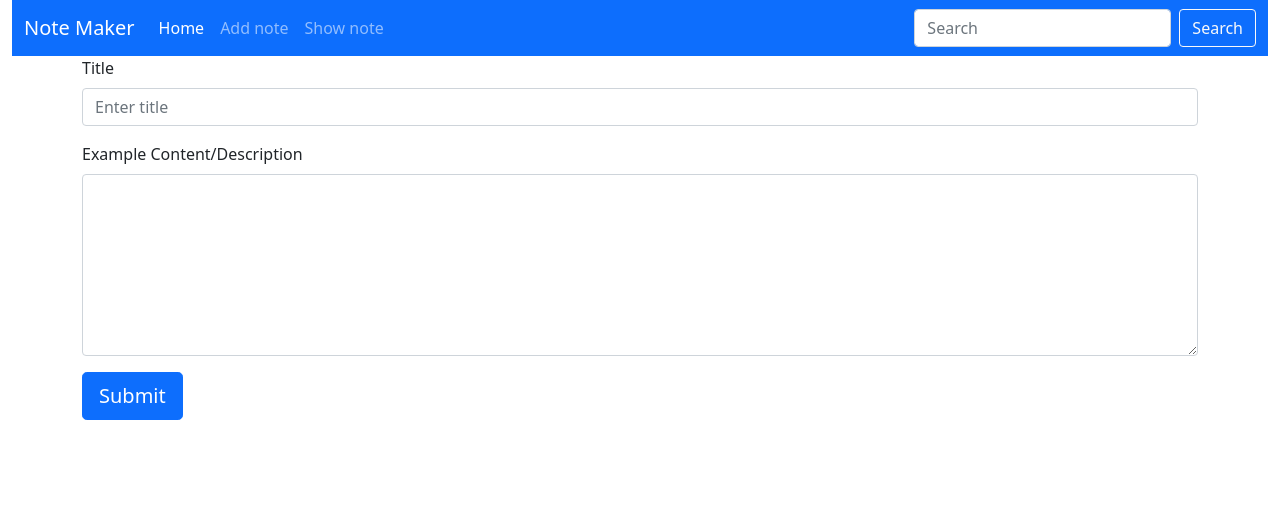
Repository: sachin1830/hibernateproject
Page: http://localhost/com.todolist/add_note.jsp
An editor plug-in stored every save of this project. The page is shown before and after the next save, followed by the edit.
The browser window is 1280 px wide. The pictures show the whole page.
Some web libraries are served in a nearby version. The page is served by Tomcat 9.

Above is the page before, as saved 2021-01-22 04:23:59.

After the next save:
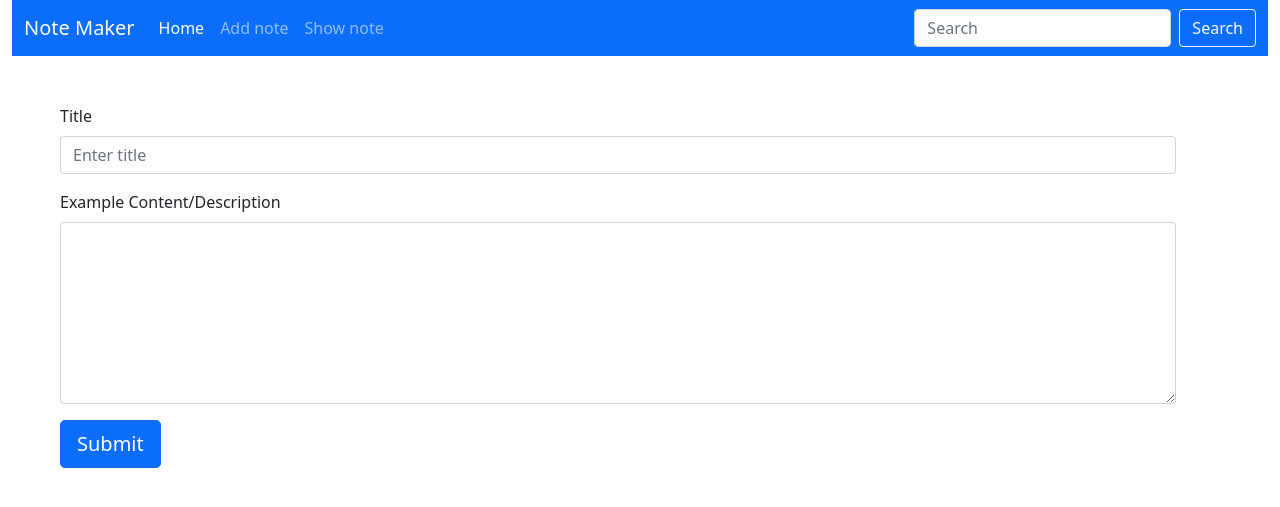
Saved 36 s later.
--- a/com.todolist/src/main/webapp/add_note.jsp
+++ b/com.todolist/src/main/webapp/add_note.jsp
@@ -21,7 +21,7 @@
 		<%@include file="navbar.jsp"%>
 
 	</div>
-	<div class="container">
+	<div class="container m-5">
 		<form>
 			<div class="mb-3">
 				<label for="title" class="form-label">Title</label> <input

After the save that followed:
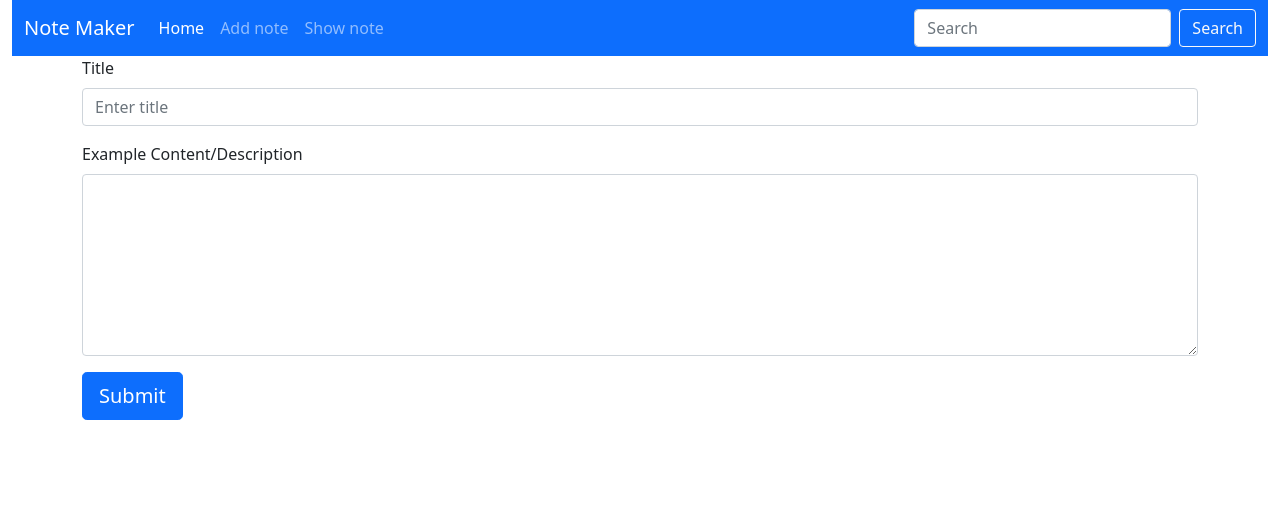
Saved 14 s later.
--- a/com.todolist/src/main/webapp/add_note.jsp
+++ b/com.todolist/src/main/webapp/add_note.jsp
@@ -21,7 +21,7 @@
 		<%@include file="navbar.jsp"%>
 
 	</div>
-	<div class="container m-5">
+	<div class="container">
 		<form>
 			<div class="mb-3">
 				<label for="title" class="form-label">Title</label> <input
